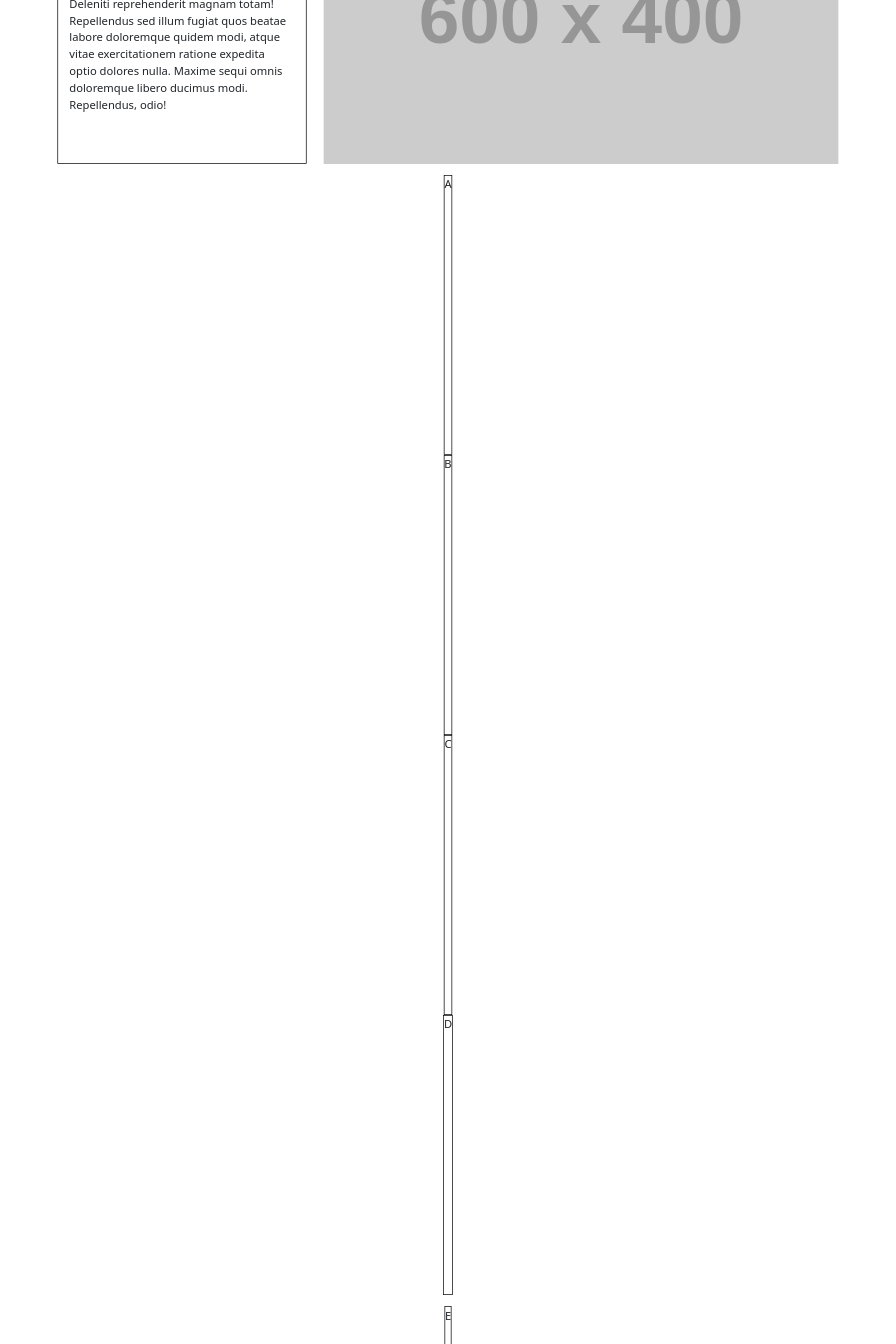
Repository: fbansept/ran3_24_jeu
Page: correction-tp.html
These files come from the project's save history. The page is drawn as it stood at one moment and after a run of saves; the edit follows.
The browser window is 1280 px wide. The pictures show the part of the page from y = 590 to 2510 px (the page is 4104 px tall before and 1656 px after), at 70% of full size.

Above is the page before, as saved 2024-10-22 15:53:10.

### correction-tp.html
<!DOCTYPE html>
<html lang="en">
  <head>
    <meta charset="UTF-8" />
    <meta name="viewport" content="width=device-width, initial-scale=1.0" />
    <title>Document</title>

    <link
      href="https://cdn.jsdelivr.net/npm/bootstrap@5.3.3/dist/css/bootstrap.min.css"
      rel="stylesheet"
      integrity="sha384-QWTKZyjpPEjISv5WaRU9OFeRpok6YctnYmDr5pNlyT2bRjXh0JMhjY6hW+ALEwIH"
      crossorigin="anonymous"
    />

    <script
      defer
      src="https://cdn.jsdelivr.net/npm/bootstrap@5.3.3/dist/js/bootstrap.bundle.min.js"
      integrity="sha384-YvpcrYf0tY3lHB60NNkmXc5s9fDVZLESaAA55NDzOxhy9GkcIdslK1eN7N6jIeHz"
      crossorigin="anonymous"
    ></script>

    <link rel="stylesheet" href="style.css" />
  </head>
  <body class="container">
    <section class="mb-lg-3">
      <div class="row">
        <img
          class="col-md-6 col-lg-8"
          src="https://placehold.co/600x400"
          alt=""
        />
        <article class="col-md-6 col-lg-4">
          <div>
            <h2>titre 1</h2>
            <p>
              Lorem ipsum dolor sit amet consectetur adipisicing elit. Minima
              ratione veniam repudiandae hic harum inventore voluptas! Pariatur,
              voluptas aliquam! Deleniti reprehenderit magnam totam! Repellendus
              sed illum fugiat quos beatae labore doloremque quidem modi, atque
              vitae exercitationem ratione expedita optio dolores nulla. Maxime
              sequi omnis doloremque libero ducimus modi. Repellendus, odio!
            </p>
          </div>
        </article>
      </div>
      <div class="row flex-md-row-reverse mt-4">
        <img
          class="col-md-6 col-lg-8"
          src="https://placehold.co/600x400"
          alt=""
        />
        <article class="col-md-6 col-lg-4">
          <div>
            <h2>titre 1</h2>
            <p>
              Lorem ipsum dolor sit amet consectetur adipisicing elit. Minima
              ratione veniam repudiandae hic harum inventore voluptas! Pariatur,
              voluptas aliquam! Deleniti reprehenderit magnam totam! Repellendus
              sed illum fugiat quos beatae labore doloremque quidem modi, atque
              vitae exercitationem ratione expedita optio dolores nulla. Maxime
              sequi omnis doloremque libero ducimus modi. Repellendus, odio!
            </p>
          </div>
        </article>
      </div>
    </section>
    <section
      class="row row-cols-1 row-cols-md-2 row-cols-lg-4 g-3 g-md-0 g-lg-3 mt-2 mt-md-3"
    >
      <article class="col">
        <div><span>A</span></div>
      </article>
      <article class="col">
        <div><span>B</span></div>
      </article>
      <article class="col">
        <div><span>C</span></div>
      </article>
      <article class="col">
        <div><span>D</span></div>
      </article>
      <article class="col">
        <div><span>E</span></div>
      </article>
      <article class="col">
        <div><span>F</span></div>
      </article>
      <article class="col">
        <div><span>G</span></div>
      </article>
      <article class="col">
        <div><span>H</span></div>
      </article>
    </section>
  </body>
</html>

### style.css
section > div > img,
section > article > div,
section > div > article {
  height: 400px;
}

section > article > div,
section > div > article > div {
  border: 1px solid black;
}

section > div > article > div {
  height: 100%;
  padding: 1em;
}

section > div > img {
  object-fit: cover;
}

/* section > div:nth-child(even) {
  flex-direction: row-reverse;
} */
section.row > article.col {
  display: flex;
  justify-content: center;
  align-items: center;
  width: 100%;
}

@media (min-width: 992px) {
  section.row > article.col:nth-child(-n + 4) {
    margin-top: 0;
  }
}

After the next 3 saves:
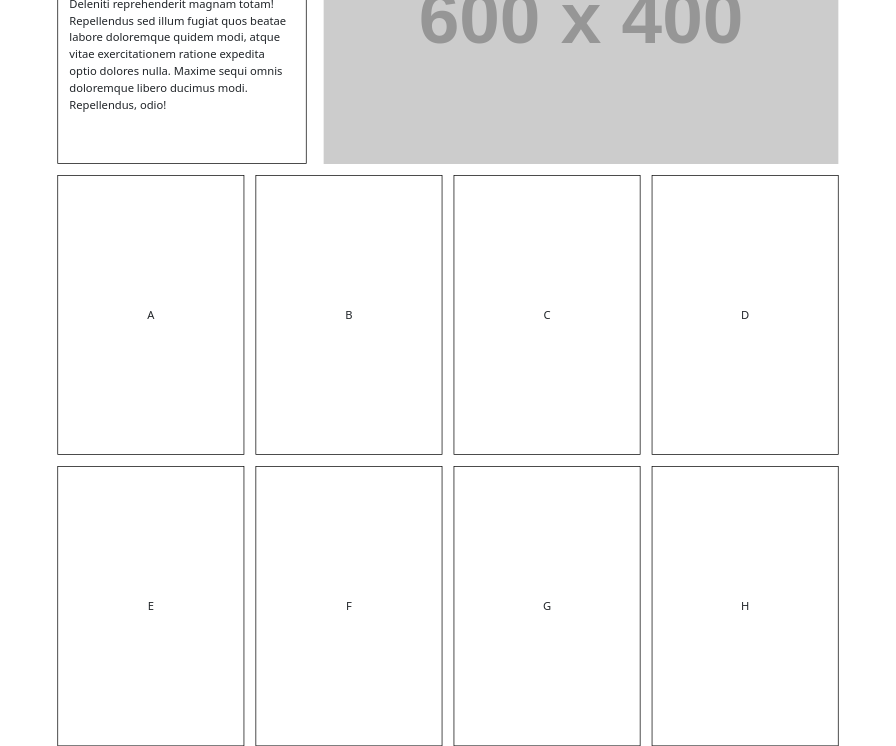
The 3 saves are shown as one change because they came seconds apart.
The last was saved 29 s later.
--- a/style.css
+++ b/style.css
@@ -21,7 +21,7 @@ section > div > img {
 /* section > div:nth-child(even) {
   flex-direction: row-reverse;
 } */
-section.row > article.col {
+section > article > div {
   display: flex;
   justify-content: center;
   align-items: center;
